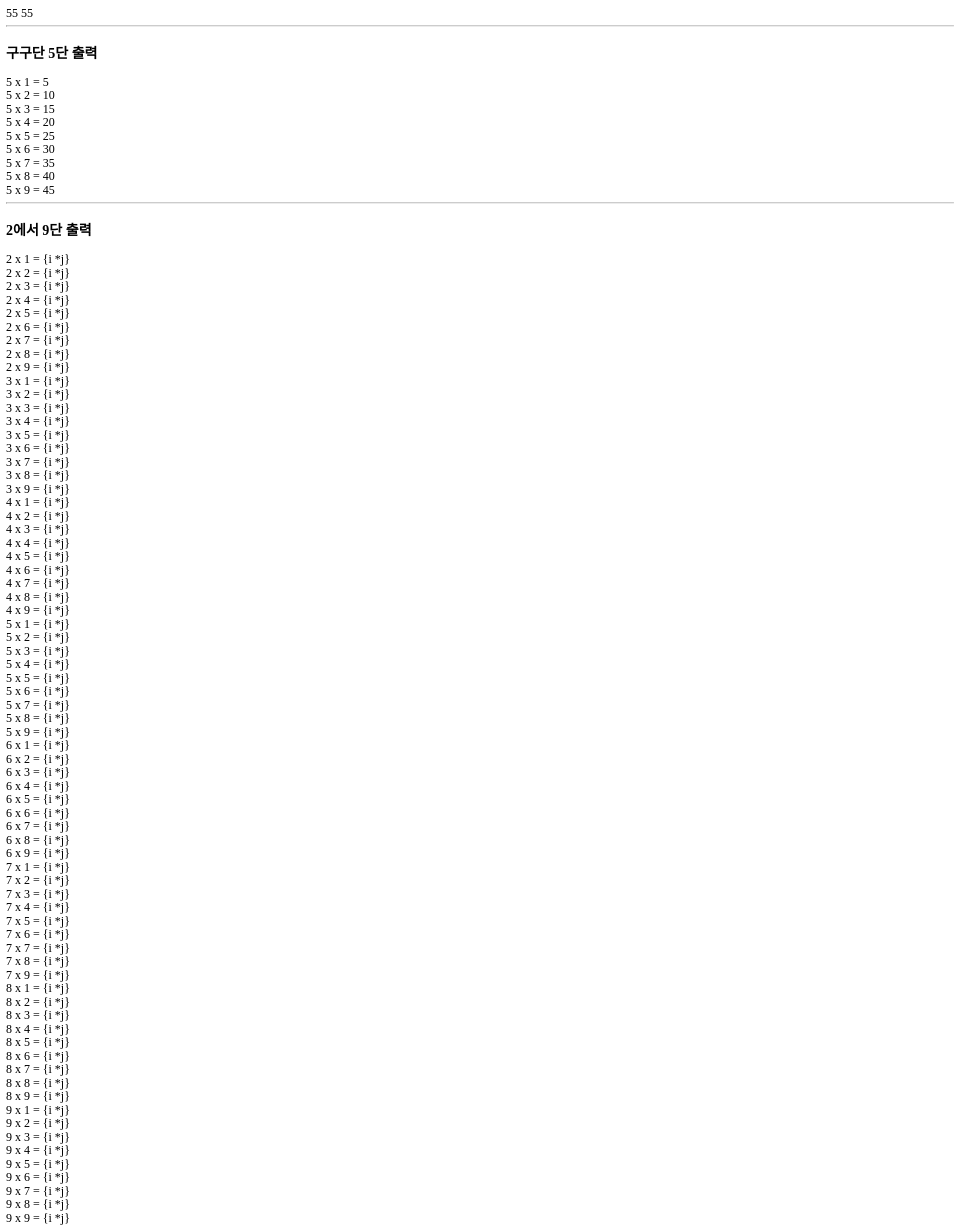
Repository: Muji1412/JSPstudy
Page: http://localhost/JSPbasic/jstl/jtsl_foreach.jsp
An editor plug-in stored every save of this project. The page is shown before and after the next save, followed by the edit.
The browser window is 1280 px wide. The pictures show the whole page, at 75% of full size.
The page is served by Tomcat 9. Nobody is signed in. The application's start-up code is not run.

Above is the page before, as saved 2025-02-24 03:32:50.

After the next save:
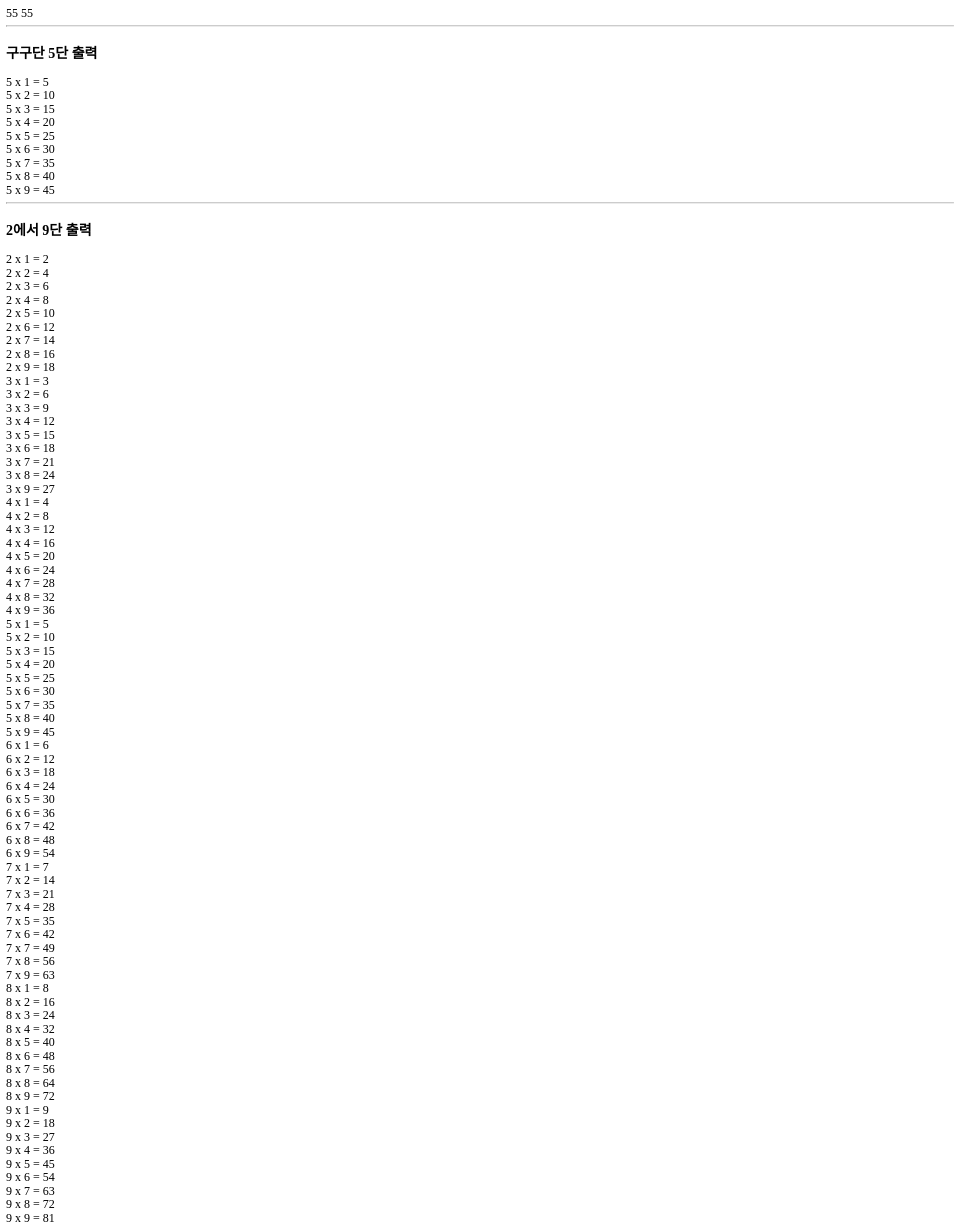
Saved 30 s later.
--- a/workspace/JSPbasic/src/main/webapp/jstl/jtsl_foreach.jsp
+++ b/workspace/JSPbasic/src/main/webapp/jstl/jtsl_foreach.jsp
@@ -56,7 +56,7 @@
 
 		--%>
 
-		${i } x ${j } = {i *j}<br>
+		${i } x ${j } = ${i *j }<br>
 	</c:forEach>
 </c:forEach>
 
